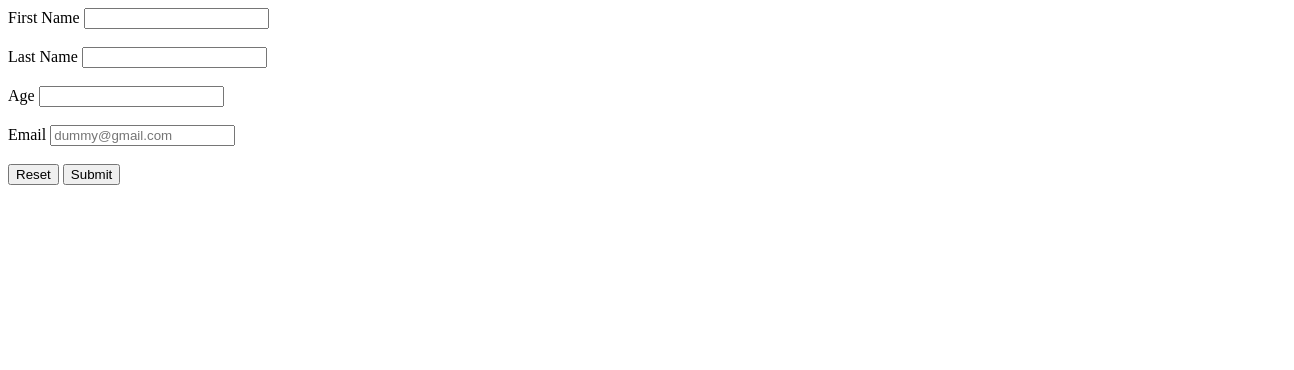
Repository: Haakim19/web-dev
Page: form.html
These files come from the project's save history. The page is drawn as it stood at one moment and after the next save; the edit follows.
The browser window is 1280 px wide. The page is 1280 px wide, then 1294 px, so the pictures cover 1294 px, including what lies to the right of the window. The pictures show the whole page.

Above is the page before, as saved 2024-06-02 16:06:46.

### form.html
<!DOCTYPE html>
<html lang="en">
<head>
    <meta charset="UTF-8">
    <meta name="viewport" content="width=device-width, initial-scale=1.0">
    <title>Form</title>
</head>
<body>
    <form action="form.php" method = "POST">
       <div>
            <label for="fname">First Name</label>
            <input type="text" name = "fname" id = "fname" required>
       </div>

       <br>

        <div>
            <label for="lname">Last Name</label>
            <input type="text" name = "lname" id = "lname" required>

        </div>

        <br>

        <div>
            <label for="age">Age</label>
            <input type="number" name = "age" id = "age" min="0">

        </div>

        <br>

        <div>
            <label for="email">Email</label>
            <input type="email" name = "email" id = "email" required placeholder="dummy@gmail.com">

        </div>


        <br>

        <input type="reset" value = "Reset">
        <input type="submit" value = "Submit">

    </form>
</body>
</html>

### form.css
/* Reset default form styles */
form {
    margin: 0;
    padding: 0;
}

/* Style form elements */
input[type="text"],
input[type="email"],
input[type="password"],
textarea {
    width: 100%;
    padding: 10px;
    margin-bottom: 10px;
    border: 1px solid #ccc;
    border-radius: 4px;
}

input[type="submit"] {
    background-color: #4CAF50;
    color: white;
    padding: 10px 20px;
    border: none;
    border-radius: 4px;
    cursor: pointer;
}

input[type="submit"]:hover {
    background-color: #45a049;
}

After the next save:
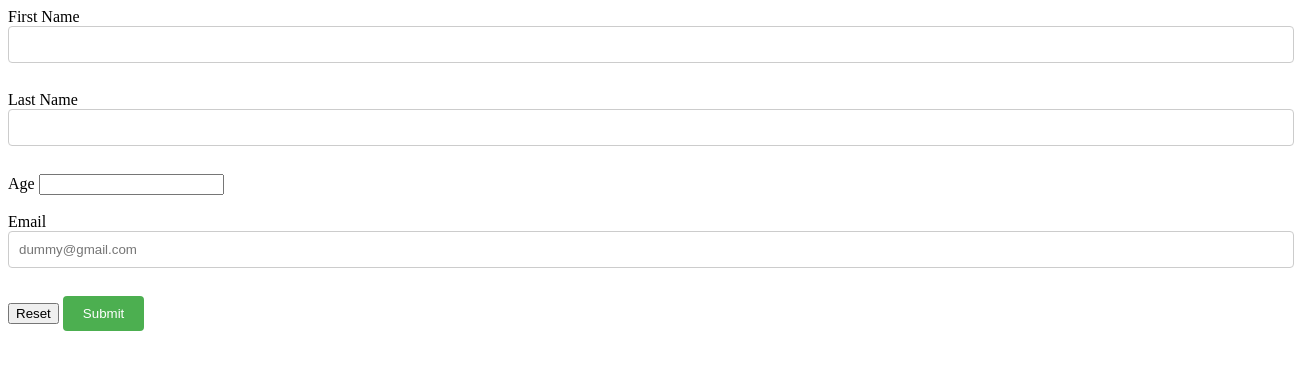
Saved 5 s later.
--- a/form.html
+++ b/form.html
@@ -3,6 +3,7 @@
 <head>
     <meta charset="UTF-8">
     <meta name="viewport" content="width=device-width, initial-scale=1.0">
+    <link rel="stylesheet" type = "text/css" href = "form.css">
     <title>Form</title>
 </head>
 <body>
